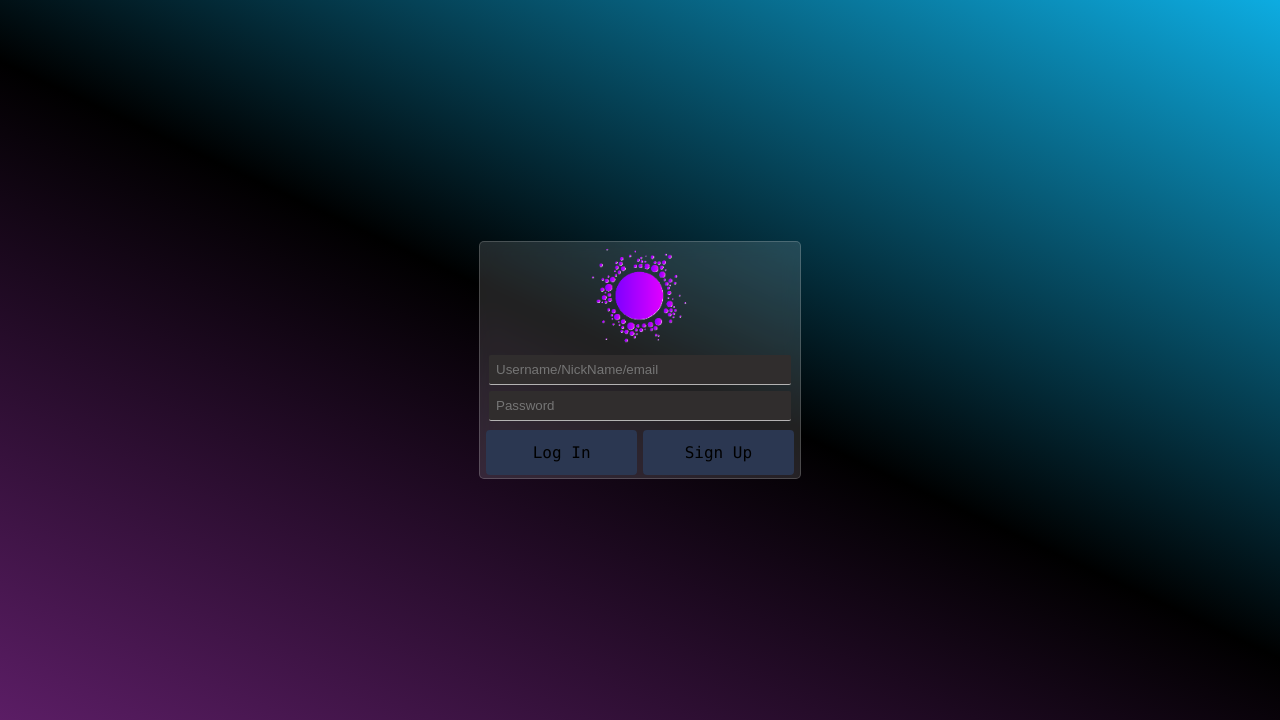
Repository: Argivist/CommunityAPI
Page: / (app in client/)
These files come from the project's save history. The page is drawn as it stood at one moment and after the next save; the edit follows.
The browser window is 1280 px wide. The pictures show the whole page.
The page's requests for data from a server got no answer. The project was rebuilt for these pictures with package versions that can differ from the ones it lists, and the page was loaded fresh each time. No one was signed in, and anything a server would have sent is missing. Also part of the build but not shown: client/vite.config.js, client/src/components/auth/RegName.jsx, client/src/css/list.css, client/src/components/auth/Detail.jsx, client/src/components/auth/Security.jsx, client/src/css/home.css, client/src/components/Msg_Page.jsx.

Above is the page before, as saved 2024-03-25 13:51:33.

### client/src/App.jsx
import { useState } from 'react'
import socketIO from 'socket.io-client';
const socket = socketIO.connect('http://localhost:4000');
// CSS Imports


import './css/Base.css';
// image imports
import logo from './img/logo/logo.png';


//component imports
// From Auth
import Login_Page from './components/Login_Page.jsx';
import Msg_Page from './components/Msg_Page.jsx';
function App() {



  //div State num, div change function
  //getting token from local storage
  const token = localStorage.getItem('token');



  return (
    <>
      {token ? (
      <Msg_Page />
      ) : (
        <Login_Page />
      )}
    </>
  );
} queueMicrotask

export default App

### client/src/css/Base.css
body {
    /* gradient background */
    background: linear-gradient(25deg, #5b1d65 0%, #000000 50%, #0dace1 100%);
    font-family:Consolas;
    padding:0;
}

/* App root */
#root {
    max-width: 1280px;
    margin: 0 auto;
    /* padding: 2rem; */
    text-align: center;
}

### client/src/components/Login_Page.jsx
import { useState } from "react";
import PropTypes from 'prop-types';
//images
import logo from './../img/logo/logo.png';

//css
import './../css/auth.css';

///Components///
import Login from './auth/Login.jsx';
import RegName from './auth/RegName.jsx';
import Detail from './auth/Detail.jsx';
import Security from './auth/Security.jsx';

function Login_Page(){



    const [selectDiv, setSelectDiv] = useState(1);
    //changes the selectDiv value
    const handleDivChange = (DivNum) => {
      setSelectDiv(DivNum);
    }
    return(
        <>
          <div className="auth_box">
        <img src={logo} width="40%" alt="logo" />
        {/* Login box */}
        {selectDiv === 1 && (
        <Login handleDivChange={handleDivChange} />
        )}
        {/* Profile Info box */}
        {selectDiv === 2 && (
          <RegName handleDivChange={handleDivChange} />
        )}
        {/* Profile Info box */}
        {selectDiv === 3 && (
          <Detail handleDivChange={handleDivChange} />
        )}
        {/* Password box */}
        {selectDiv === 4 && (
        <Security handleDivChange={handleDivChange} />
        )}
        </div>
        </>
    );
}

export default Login_Page

Login_Page.propTypes = {
  setToken: PropTypes.func.isRequired
};

### client/src/css/auth.css
.auth_box{
    width: 25vw;
    height: fit-content;
    display: flex;
    flex-direction: column;
    justify-content: center;
    align-items: center;
    background-color: #f5f5f522;
    border: 1px solid rgba(245, 245, 245, 0.187);
    border-radius:5px;
    -webkit-backdrop-filter: blur(10px);
    -moz-backdrop-filter: blur(10px);
    backdrop-filter: blur(10px);
    transition: all 0.3s;
}
.auth_box input{
    width: 90%;
    padding: 0.5em;
    margin: 0.5em;
    margin-top: 0;
    border: none;
    border-bottom:1px solid #f5f5f5ab;
    border-radius: 2px;
    background-color: #302d2d;
    transition: all 0.3s;
}
.auth_box .form{
    width: 100%;
    display: flex;
    flex-direction: column;
    justify-content: center;
    align-items: center;
}
.auth_box .login_btn{
    width: 100%;
    color: white;

}

.auth_box .login_btn button{
    width:47%;
    margin:1%;
    border-radius:4px;
    border:3px solid #2b3751;
    background-color:#2b3751;

    transition: ease-in-out 0.3s;
}
.auth_box .login_btn button:hover{
    background-color:#2b37512a;
    border:3px solid #2b3751;

    transition: ease-in-out 0.3s;
}
.auth_box input[type="checkbox"]{
    width: 100%;
    margin: 0.5em;
    margin-top: 0;
    border: none;
    border-bottom:1px solid #f5f5f5ab;
    border-radius: 2px;
    background-color: #302d2d;
    transition: all 0.3s;
}


/* smaller screen */
@media (max-width: 900px) {
    .auth_box{
        margin:0vw;
        width: fit-content;
        transition:ease-in-out 0.3s;
    }
}



/* Animation */
.fade-in{
    opacity: 1;
    transition: opacity 0.3s linear;
}
.fade-out{
    opacity: 0;
    transition: opacity 0.3s linear;
}



/* Mischelemneous */
.hidden {
    display: none;
    transition: linear 0.3s;
}

.shown {
    display: block;
    transition: linear 0.3s;
}

### client/src/components/auth/Login.jsx
import PropTypes from 'prop-types';
import { useState, useEffect } from 'react';

//css
import './../../css/auth/animation.css';
//Login function
async function loginUser(credentials) {
  if (credentials.username === '' || credentials.password === '') {

    return;
  }else{

  return fetch('http://localhost:4000/login', {
    method: 'POST',
    headers: {
      'Content-Type': 'application/json'
    },
    body: JSON.stringify(credentials)
  })
    .then(data => data.json());
  }
}


//login tab
function Login({ handleDivChange }) {
  const [error, setError] = useState(null);
  const [isVisible, setVisible] = useState(false);
  const [uname, setUname] = useState('');
  const [pwd, setPwd] = useState('');

  useEffect(() => {
    setVisible(true);
    setError(null);
  }, []);
  const change = () => {
    handleDivChange(2);
  }

  //handles submit
  const handleSubmit = async e => {
    e.preventDefault();
    try {
      const tokenData = await loginUser({ username: uname, password: pwd });
      if (tokenData === undefined) {//checks if login is empty
        setError(1);//empty credentials


      }else{

      const token = tokenData.token;
      // Store the token securely
      localStorage.setItem('token', token);
      window.location.reload();
      console.log('Login succeeded:', token);
      }
    } catch (error) {
      console.error('Login failed:', error);
      // Handle login failure, such as displaying an error message
    }

  }
  return (
    <div className={isVisible ? 'slide-in active form' : 'slide-in form'} id="login">
      {
        error === 1 && <div className="error">Please fill in the fields</div>
      }

      <form onSubmit={handleSubmit}>
        <input type="text" name="user" placeholder="Username/NickName/email" onChange={u => { setUname(u.target.value) }} />
        <input type="password" name="password" placeholder="Password" onChange={p => { setPwd(p.target.value);}} />
        <div className="login_btn">
          <button type='Submit'>
            Log In
          </button>
          <button onClick={change}>
            Sign Up
          </button>
        </div>
      </form>
    </div>
  )
}


//Props validation
// Prop validation
Login.propTypes = {
  handleDivChange: PropTypes.func.isRequired,
  setToken: PropTypes.func.isRequired
};

//export login
export default Login;

### client/src/css/auth/animation.css
.slide-in {
    opacity: 0;
    transition: opacity 0.5s ease-in-out;
}

.slide-in.active {
    opacity: 1;
}

Loaded but not shown: client/index.html (common file); client/src/main.jsx (common file); client/src/index.css (common file)

After the next save:
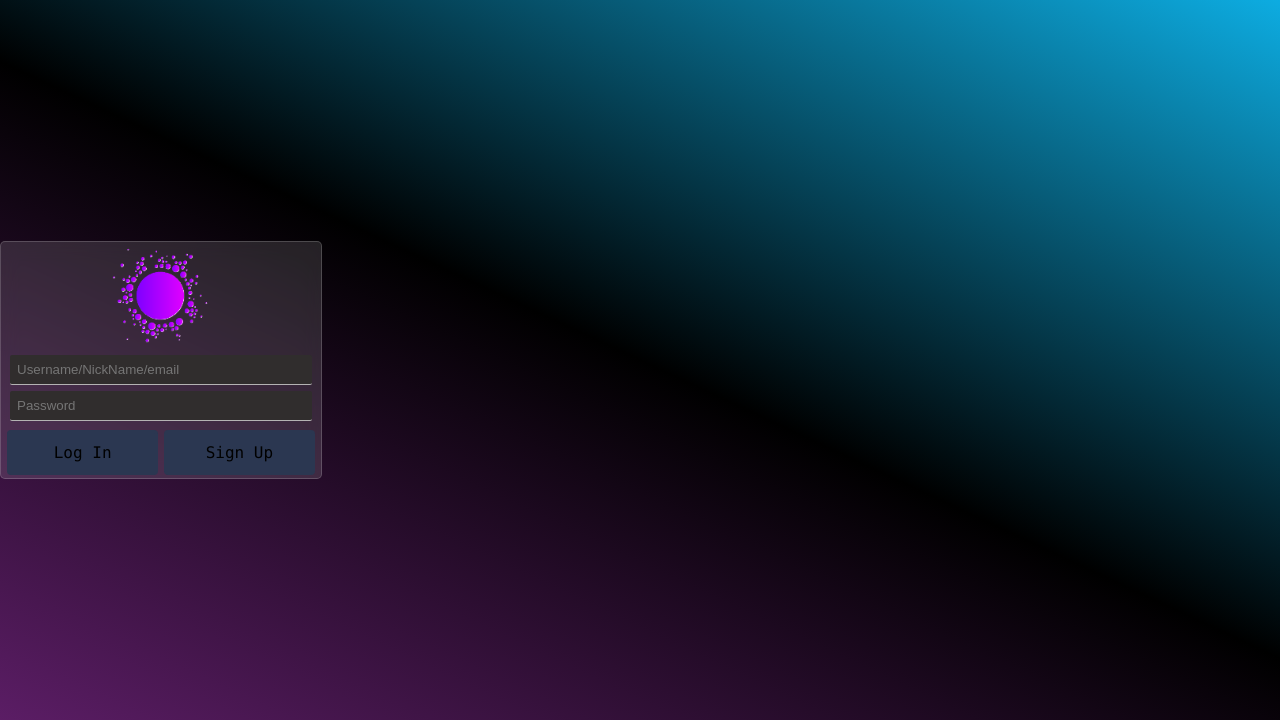
Saved 35 s later.
--- a/client/src/css/Base.css
+++ b/client/src/css/Base.css
@@ -8,7 +8,6 @@
 /* App root */
 #root {
     max-width: 1280px;
-    margin: 0 auto;
-    /* padding: 2rem; */
+
     text-align: center;
 }
